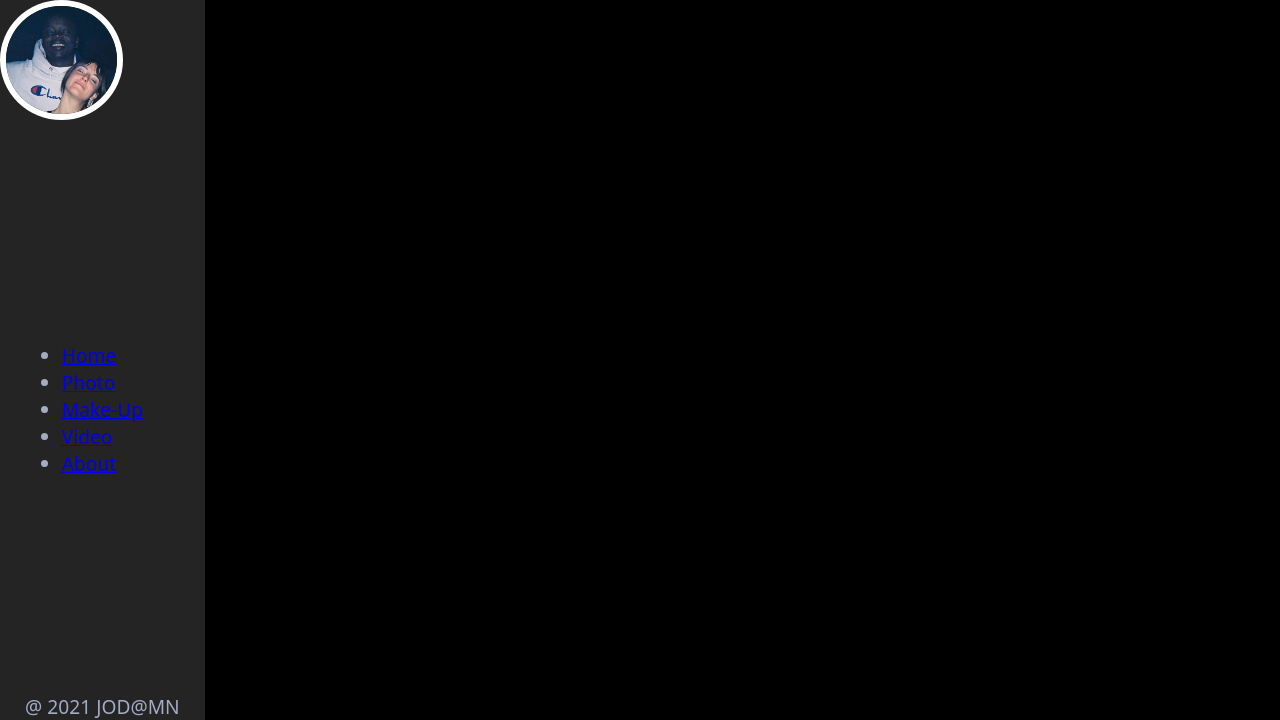
Repository: JordanKnuts/siriusRed
Page: /
An editor plug-in stored every save of this project. The page is shown before and after the next save, followed by the edit.
The browser window is 1280 px wide. The pictures show the whole page.
The project was rebuilt for these pictures with package versions that can differ from the ones it lists, and the page was loaded fresh each time.

Above is the page before, as saved 2021-04-27 14:43:09.

### public/index.html
<!DOCTYPE html>
<html lang="en">

<head>
  <meta charset="utf-8" />
  <link rel="icon" href="%PUBLIC_URL%/favicon.ico" />
  <meta name="viewport" content="width=device-width, initial-scale=1" />
  <meta name="theme-color" content="#000000" />
  <meta name="description" content="Web site created using create-react-app" />
  <link rel="apple-touch-icon" href="%PUBLIC_URL%/logo192.png" />
  <!--
      manifest.json provides metadata used when your web app is installed on a
      user's mobile device or desktop. See https://developers.google.com/web/fundamentals/web-app-manifest/
    -->
  <link rel="manifest" href="%PUBLIC_URL%/manifest.json" />

  <link rel="preconnect" href="https://fonts.gstatic.com">
  <link href="https://fonts.googleapis.com/css2?family=Noto+Sans:ital,wght@0,400;0,700;1,400;1,700&display=swap"
    rel="stylesheet">
  <!--
      Notice the use of %PUBLIC_URL% in the tags above.
      It will be replaced with the URL of the `public` folder during the build.
      Only files inside the `public` folder can be referenced from the HTML.

      Unlike "/favicon.ico" or "favicon.ico", "%PUBLIC_URL%/favicon.ico" will
      work correctly both with client-side routing and a non-root public URL.
      Learn how to configure a no n-root public URL by running `npm run build`.
    -->
  <title>React App</title>
</head>

<body>
  <noscript>You need to enable JavaScript to run this app.</noscript>
  <div id="root"></div>
  <!--
      This HTML file is a template.
      If you open it directly in the browser, you will see an empty page.

      You can add webfonts, meta tags, or analytics to this file.
      The build step will place the bundled scripts into the <body> tag.

      To begin the development, run `npm start` or `yarn start`.
      To create a production bundle, use `npm run build` or `yarn build`.
    -->
</body>

</html>

### src/App.js
import './App.scss';
import './Components/NavBar'
import NavBar from './Components/NavBar';

function App() {
  return (
    <div className="App">
     <div className="sidebar">
        <NavBar/>
     </div>
     <div className="main-content">

     </div>
    </div>
  );
}

export default App;

### src/App.scss
@import './Styles/layout';
@import './Styles/navBar';

*{
    padding: 0;
    margin:0;
    box-sizing: border-box;
}

body{
    color: #a4acc4;
    font-family: 'Noto Sans', sans-serif;
    font-size: 1.2rem;
}

### src/Components/NavBar.js
import React from "react";
import avatar from "../img/avatar.jpg";
import { NavLink } from "react-router-dom";

function NavBar(props) {
  return (
    <div className="NavBar">
      <nav className="nav">
        <div className="profile">
          <img src={avatar} alt="" />
        </div>
        <ul className="nav-items">
          <li className="nav-item">
            <NavLink to="/" exact activeClassName="active">
              Home
            </NavLink>
          </li>
          <li className="nav-item">
            <NavLink to="/" exact activeClassName="active">
              Photo
            </NavLink>
          </li>
          <li className="nav-item">
            <NavLink to="/" exact activeClassName="active">
              Make-Up
            </NavLink>
          </li>
          <li className="nav-item">
            <NavLink to="/" exact activeClassName="active">
              Video
            </NavLink>
          </li>
          <li className="nav-item">
            <NavLink to="/" exact activeClassName="active">
              About
            </NavLink>
          </li>
        </ul>
        <footer>@ 2021 JOD@MN</footer>
      </nav>
    </div>
  );
}

export default NavBar;

### src/Styles/_layout.scss
.App{
    .sidebar{
        width: 16%;
        height: 100vh;
        background-color: rgb(36, 36, 36);
        position:fixed;
    }
    .main-content{
        width: 84%;
        margin-left: 16%;
        background-color: black;
        min-height: 100vh;
    }
}

### src/Styles/_navBar.scss
.NavBar{
    height: 100vh;
    .nav{
        height: 100%;
        display: flex;
        flex-direction: column;
        justify-content: space-between;
        align-items: center;

        .profile{
            width: 100%;
            img{
                width: 60%;
                border-radius: 100%;
                border : 6px solid white
            }
        }
    }

}

Loaded but not shown: src/index.js (common file); src/index.css (common file); src/reportWebVitals.js (common file)

After the next save:
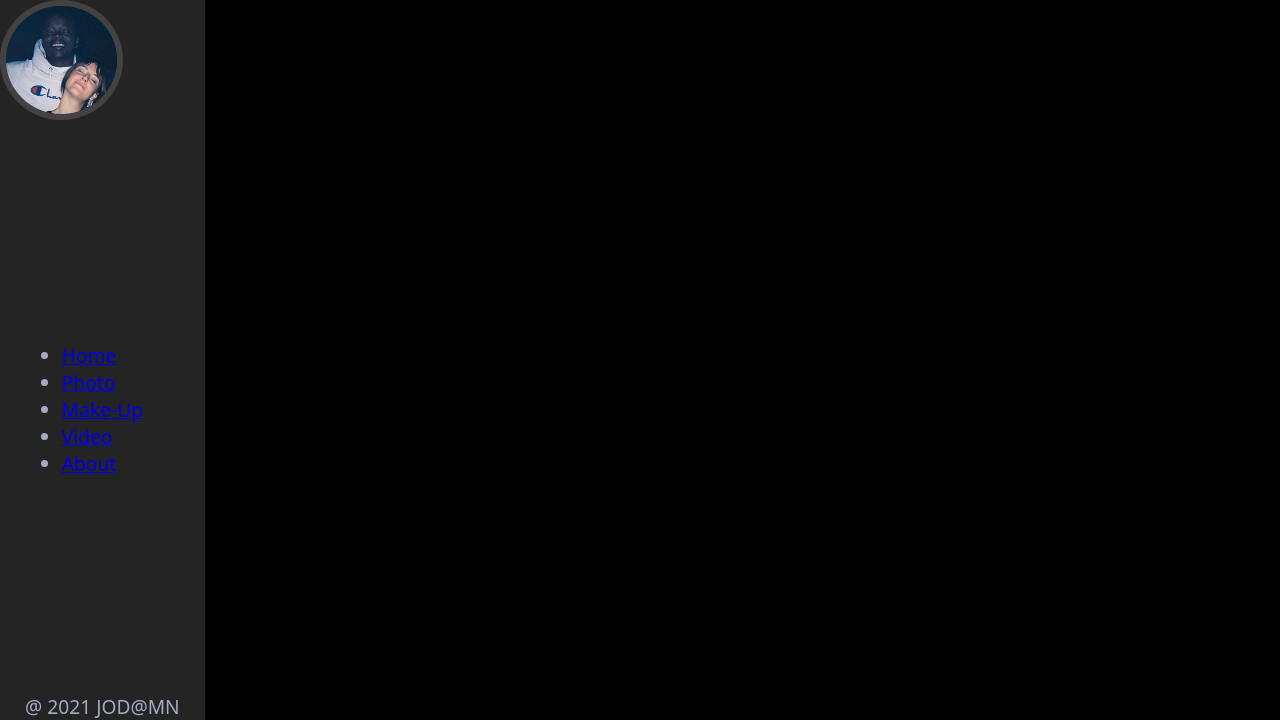
Saved 13 s later.
--- a/src/Styles/_navBar.scss
+++ b/src/Styles/_navBar.scss
@@ -12,7 +12,7 @@
             img{
                 width: 60%;
                 border-radius: 100%;
-                border : 6px solid white
+                border : 6px solid rgb(66, 66, 66)
             }
         }
     }
